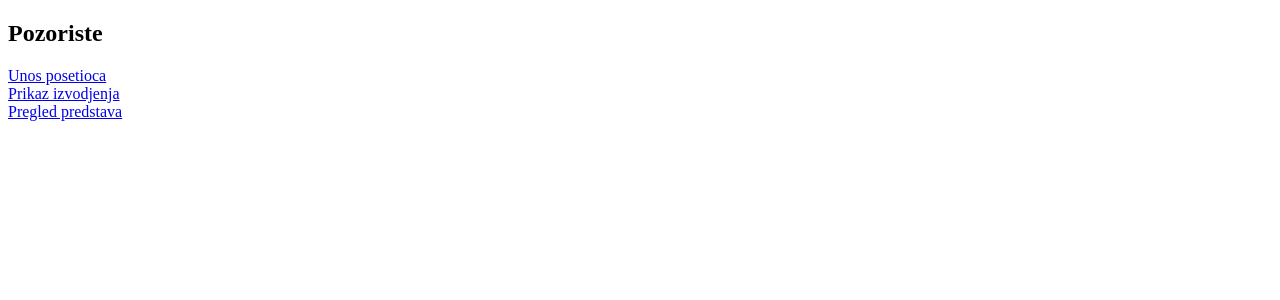
Repository: bojanludajic/Razvoj-Informacionih-Sistema
Page: SpringPozoriste/PozoristeWEB/src/main/webapp/index.html
These files come from the project's save history. The page is drawn as it stood at one moment and after the next save; the edit follows.
The browser window is 1280 px wide. The pictures show the whole page.

Above is the page before, as saved 2024-11-11 17:25:44.

### SpringPozoriste/PozoristeWEB/src/main/webapp/index.html
<!DOCTYPE html>
<html>
<head>
<meta charset="UTF-8">
<title>RIS</title>
</head>
<body>
	<h2>Pozoriste</h2>
	<a href="/Pozoriste/UnosPosetioca.jsp">Unos posetioca</a><br>
	<a href="/Pozoriste/PrikazIzvodjenja.jsp">Prikaz izvodjenja</a><br>
	<a href="/Pozoriste/predstave/getZanrovi">Pregled predstava</a>
	<a href="/Pozoriste/karte/sveKarte"
</body>
</html>

After the next save:
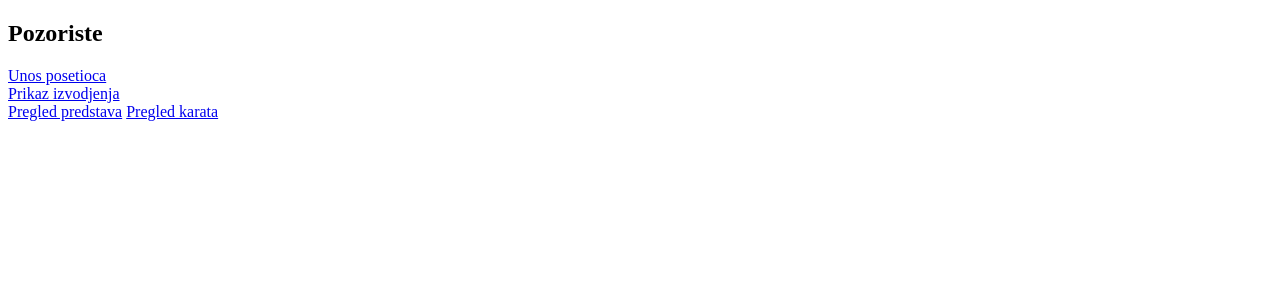
Saved 6 s later.
--- a/SpringPozoriste/PozoristeWEB/src/main/webapp/index.html
+++ b/SpringPozoriste/PozoristeWEB/src/main/webapp/index.html
@@ -9,6 +9,6 @@
 	<a href="/Pozoriste/UnosPosetioca.jsp">Unos posetioca</a><br>
 	<a href="/Pozoriste/PrikazIzvodjenja.jsp">Prikaz izvodjenja</a><br>
 	<a href="/Pozoriste/predstave/getZanrovi">Pregled predstava</a>
-	<a href="/Pozoriste/karte/sveKarte"
+	<a href="/Pozoriste/karte/sveKarte">Pregled karata</a>
 </body>
 </html>
